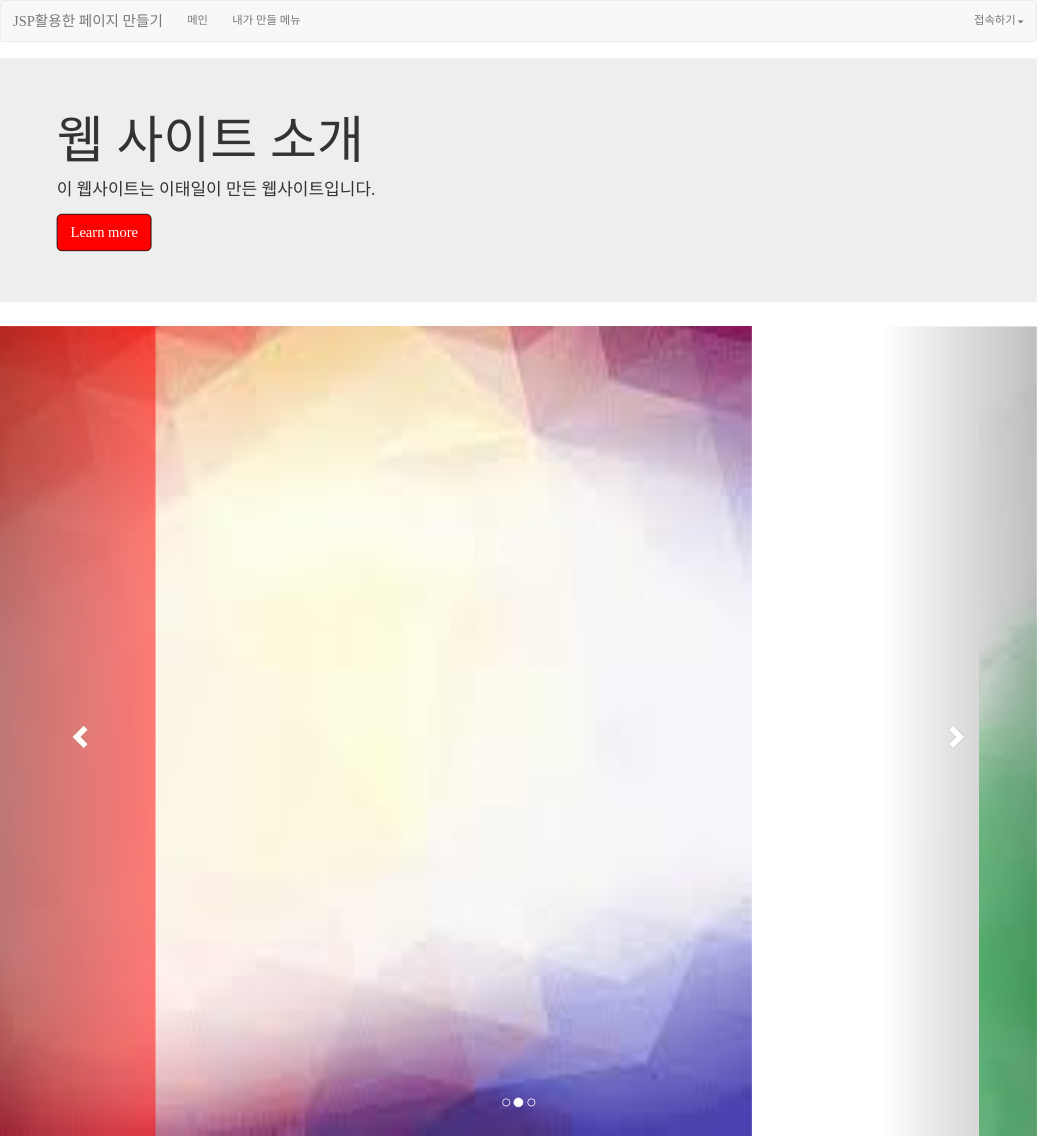
Repository: taeillee1/Newstudy
Page: http://localhost/SpringMVCJava/WEB-INF/views/mainpage.jsp
An editor plug-in stored every save of this project. The page is shown before and after the next save, followed by the edit.
The browser window is 1280 px wide. The pictures show the whole page, at 81% of full size.
Some web fonts or font styles are not loaded; a fallback is used. Some web libraries are served in a nearby version. The page is served by Tomcat 9. Nobody is signed in. The template is opened directly, without the code that normally fills it, so the values that code supplies are empty.

Above is the page before, as saved 2022-01-08 10:54:24.

After the next save:
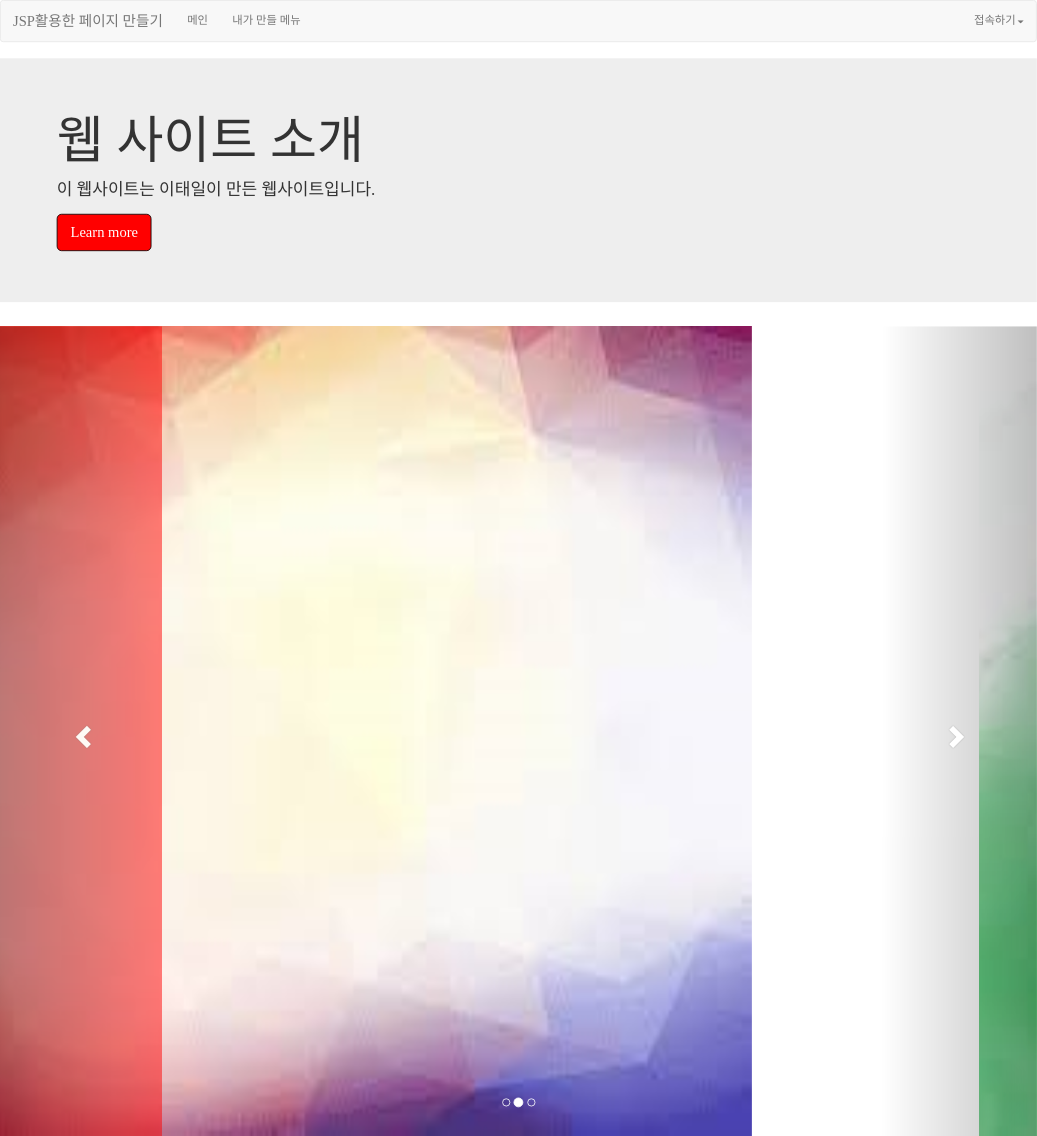
Saved 16 s later.
--- a/Newpage/SpringMVCJava/src/main/webapp/WEB-INF/views/mainpage.jsp
+++ b/Newpage/SpringMVCJava/src/main/webapp/WEB-INF/views/mainpage.jsp
@@ -98,7 +98,7 @@
 					<img src="image/imimim.png">
 				</div>
 			</div>
-			<a class="left carousel-control" href="#myCarousel" data-slide="prev" style="background-color:red;">
+			<a class="left carousel-control" href="#myCarousel" data-slide="prev" style="background-color:red; width:200px;">
 				<span class="glyphicon glyphicon-chevron-left"></span>
 			</a>
 			<a class="right carousel-control" href="#myCarousel" data-slide="next">
